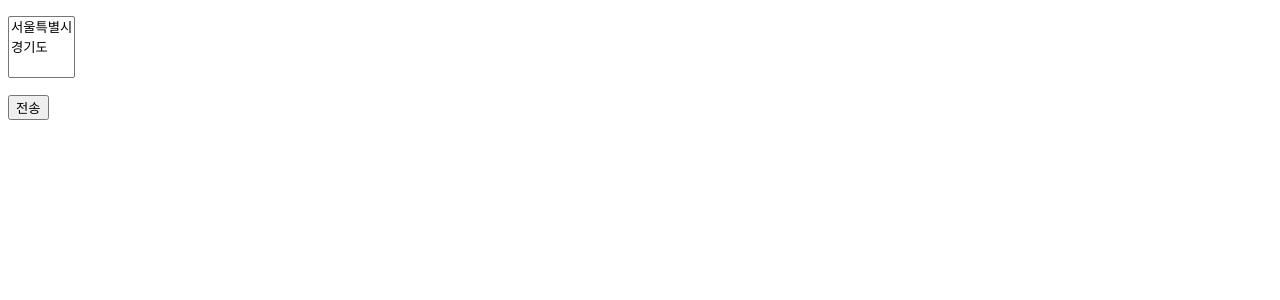
Repository: 6dreamhigh/jsp
Page: http://localhost/JSPBook/ch05/select.jsp
These files come from the project's save history. The page is drawn as it stood at one moment and after the next save; the edit follows.
The browser window is 1280 px wide. The pictures show the whole page.
The page is served by Tomcat 9.

Above is the page before, as saved 2024-08-13 02:27:12.

### JSPBook/src/main/webapp/ch05/select.jsp
<%@ page language="java" contentType="text/html; charset=UTF-8"
    pageEncoding="UTF-8"%>
<!DOCTYPE html>
<html>
<head>
<meta charset="UTF-8">
<title>Insert title here</title>
</head>
<body>
	<form action = "#" method="get">
		<p>
			<select name="city" size="3">
				<option value="서울시">서울특별시</option>
				<option value="경기도">경기도 </option>
			</select>
		<p> <input type="submit" value="전송">
	</form>
</body>
</html>

After the next save:
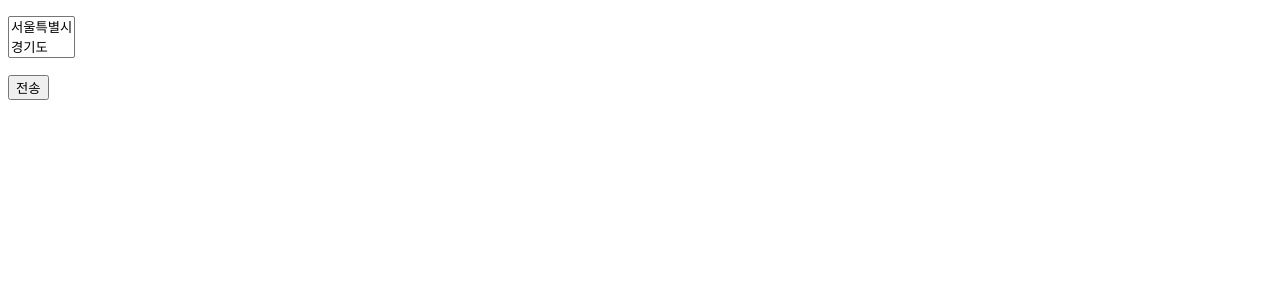
Saved 13 s later.
--- a/JSPBook/src/main/webapp/ch05/select.jsp
+++ b/JSPBook/src/main/webapp/ch05/select.jsp
@@ -9,7 +9,7 @@
 <body>
 	<form action = "#" method="get">
 		<p>
-			<select name="city" size="3">
+			<select name="city" size="2">
 				<option value="서울시">서울특별시</option>
 				<option value="경기도">경기도 </option>
 			</select>
